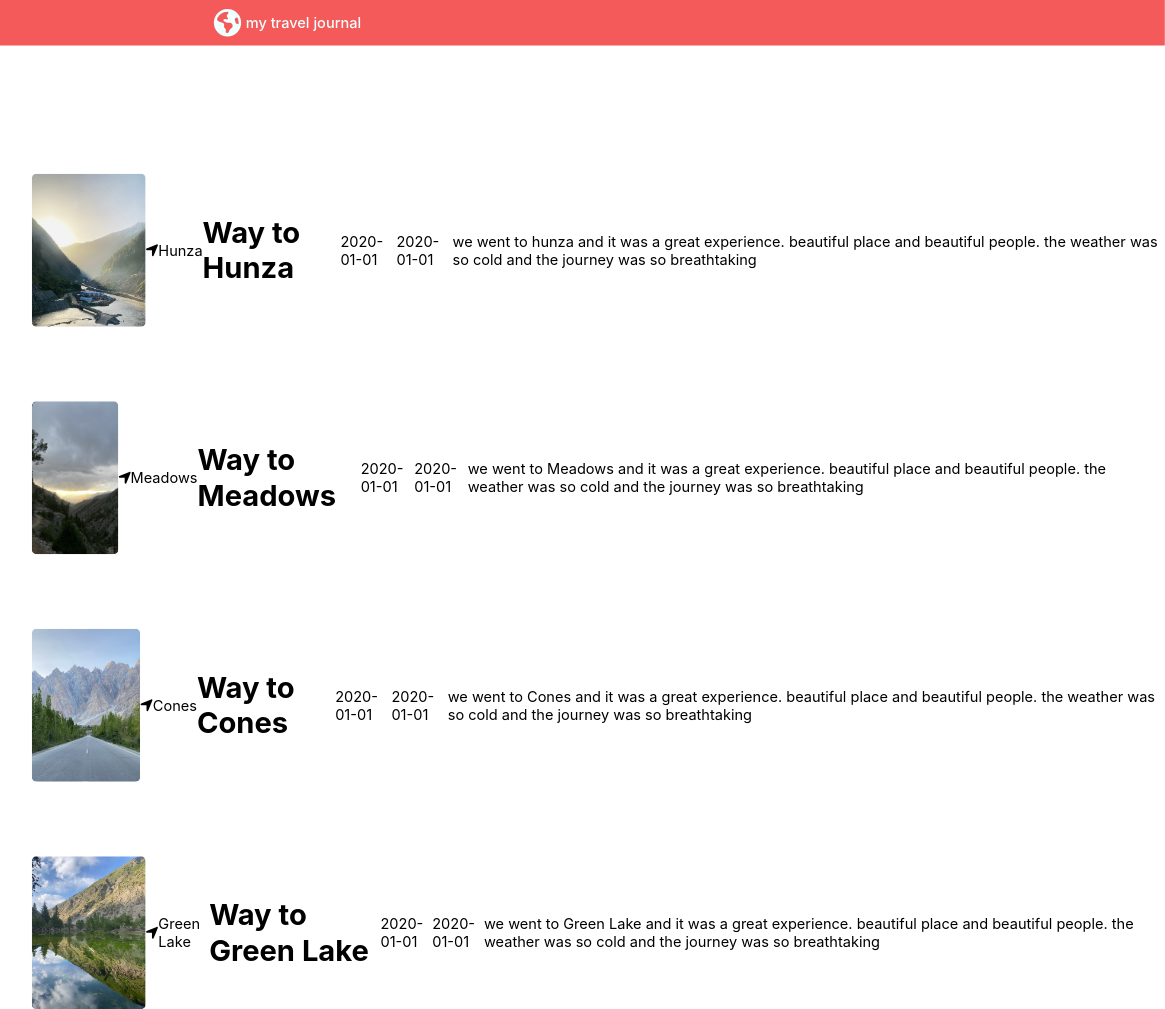
Repository: mortiestmorty1/travel-journal
Page: /
The author's editor kept a copy of each file at every save. The page is drawn from the files as they stood at one save, then again after a run of saves.
The browser window is 1280 px wide. The pictures show the whole page, at 91% of full size.
The project was rebuilt for these pictures with package versions that can differ from the ones it lists, and the page was loaded fresh each time.

Above is the page before, as saved 2024-01-17 14:47:03.

After the next 2 saves:
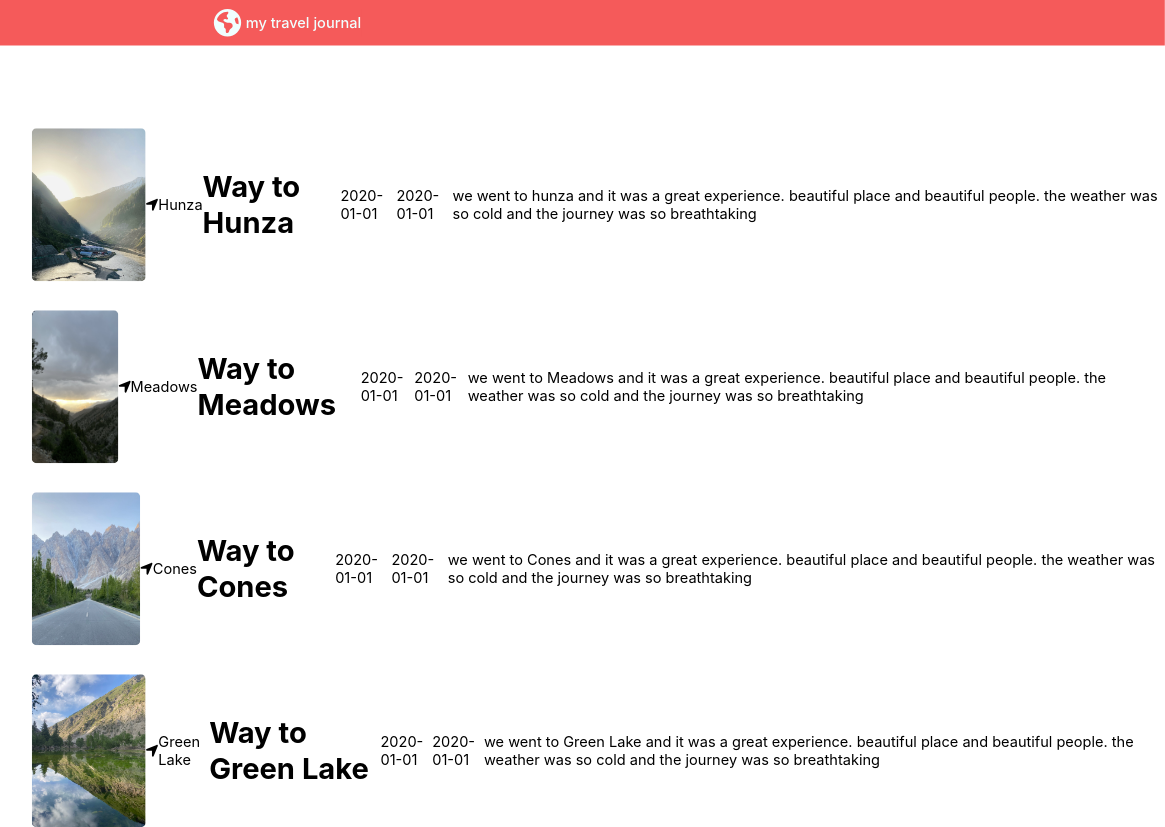
The 2 saves are shown as one change because they came seconds apart.
The last was saved 11 s later.
--- a/src/App.css
+++ b/src/App.css
@@ -27,7 +27,7 @@
   display: flex;
   justify-content: space-between;;
   align-items: center;
-  margin-top: 200px;
+  margin-top: 150px;
   height: 50px;
   margin-left: 30px;
 }
